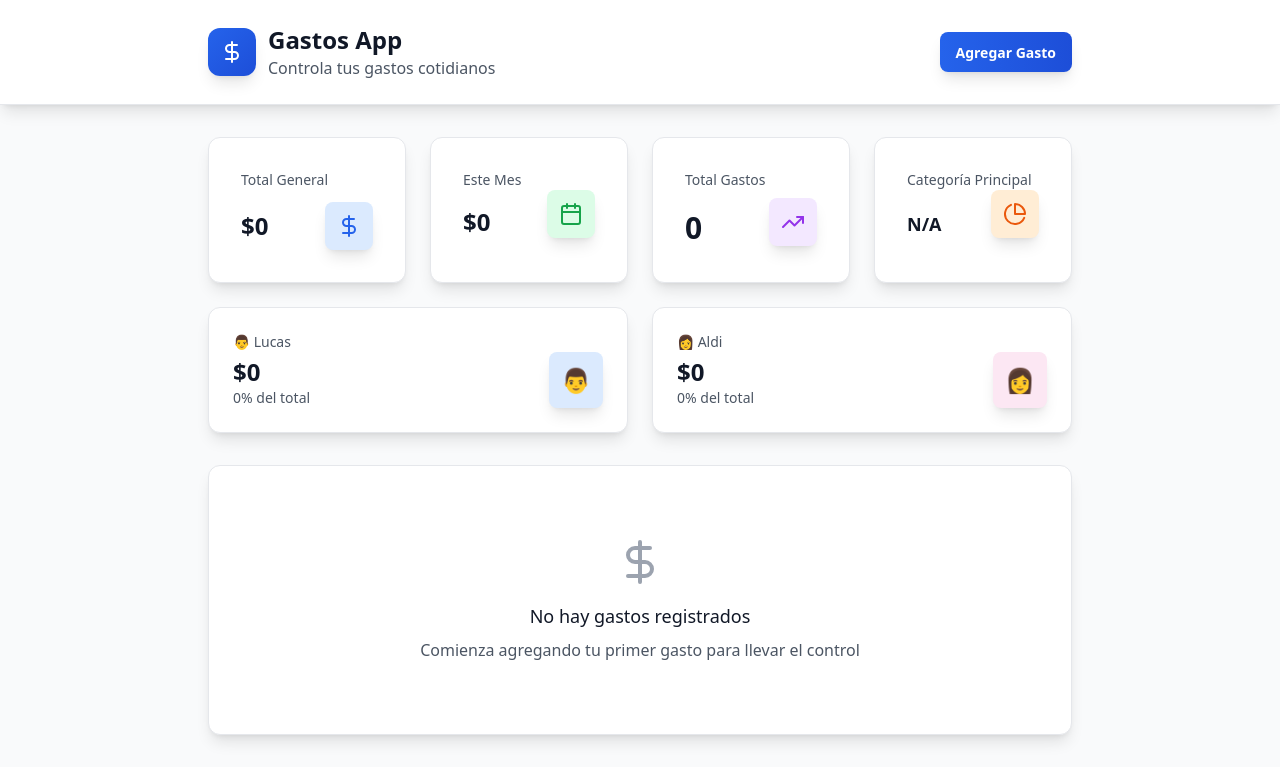
Repository: lucastenaglia/Gastosapp
Page: /
These files come from the project's save history. The page is drawn as it stood at one moment and after the next save; the edit follows.
The browser window is 1280 px wide. The pictures show the whole page.
The page's requests for data from a server got no answer. The project was rebuilt for these pictures with package versions that can differ from the ones it lists, and the page was loaded fresh each time. No one was signed in, and anything a server would have sent is missing. Also part of the build but not shown: vite.config.js, src/components/ExpenseForm.jsx.

Above is the page before, as saved 2025-08-03 21:52:27.

After the next save:
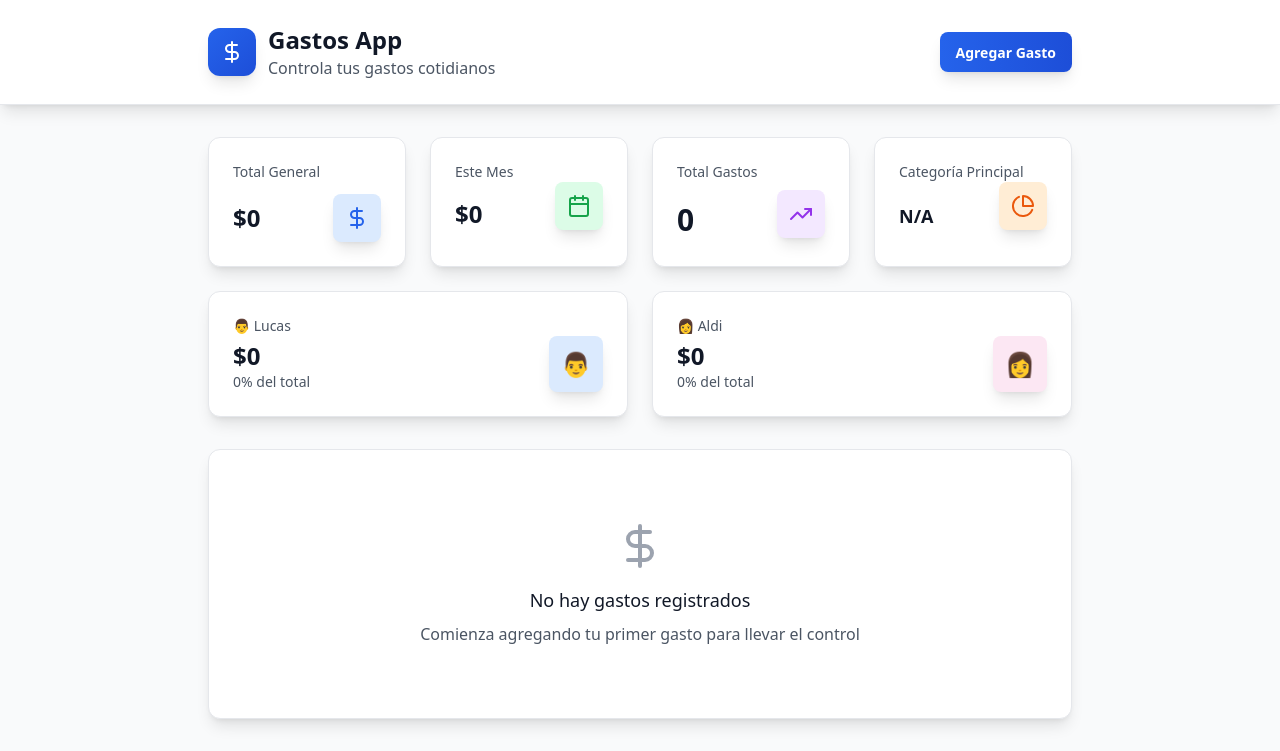
Saved 76 s later.
--- a/src/components/ExpenseSummary.jsx
+++ b/src/components/ExpenseSummary.jsx
@@ -40,7 +40,7 @@ const ExpenseSummary = ({ expenses }) => {
       {/* Primera fila - Estadísticas generales */}
       <div className="grid grid-cols-2 lg:grid-cols-4 gap-3 sm:gap-6">
                  {/* Total General */}
-         <div className="card relative p-4 sm:p-6 lg:p-8">
+         <div className="card relative p-4 sm:p-6">
            <div className="space-y-3">
              <p className="text-xs sm:text-sm font-medium text-gray-600">Total General</p>
              <div className="flex items-center justify-between">
@@ -57,7 +57,7 @@ const ExpenseSummary = ({ expenses }) => {
          </div>
 
                  {/* Gastos del Mes */}
-         <div className="card relative p-4 sm:p-6 lg:p-8">
+         <div className="card relative p-4 sm:p-6">
            <div>
              <p className="text-xs sm:text-sm font-medium text-gray-600">Este Mes</p>
              <div className="flex items-end justify-between">
@@ -72,7 +72,7 @@ const ExpenseSummary = ({ expenses }) => {
          </div>
 
                  {/* Total de Gastos */}
-         <div className="card relative p-4 sm:p-6 lg:p-8">
+         <div className="card relative p-4 sm:p-6">
            <div>
              <p className="text-xs sm:text-sm font-medium text-gray-600">Total Gastos</p>
              <div className="flex items-end justify-between mt-2">
@@ -87,7 +87,7 @@ const ExpenseSummary = ({ expenses }) => {
          </div>
 
                  {/* Categoría Principal */}
-         <div className="card relative p-4 sm:p-6 lg:p-8">
+         <div className="card relative p-4 sm:p-6">
            <div>
              <p className="text-xs sm:text-sm font-medium text-gray-600">Categoría Principal</p>
              <div className="flex items-end justify-between">
